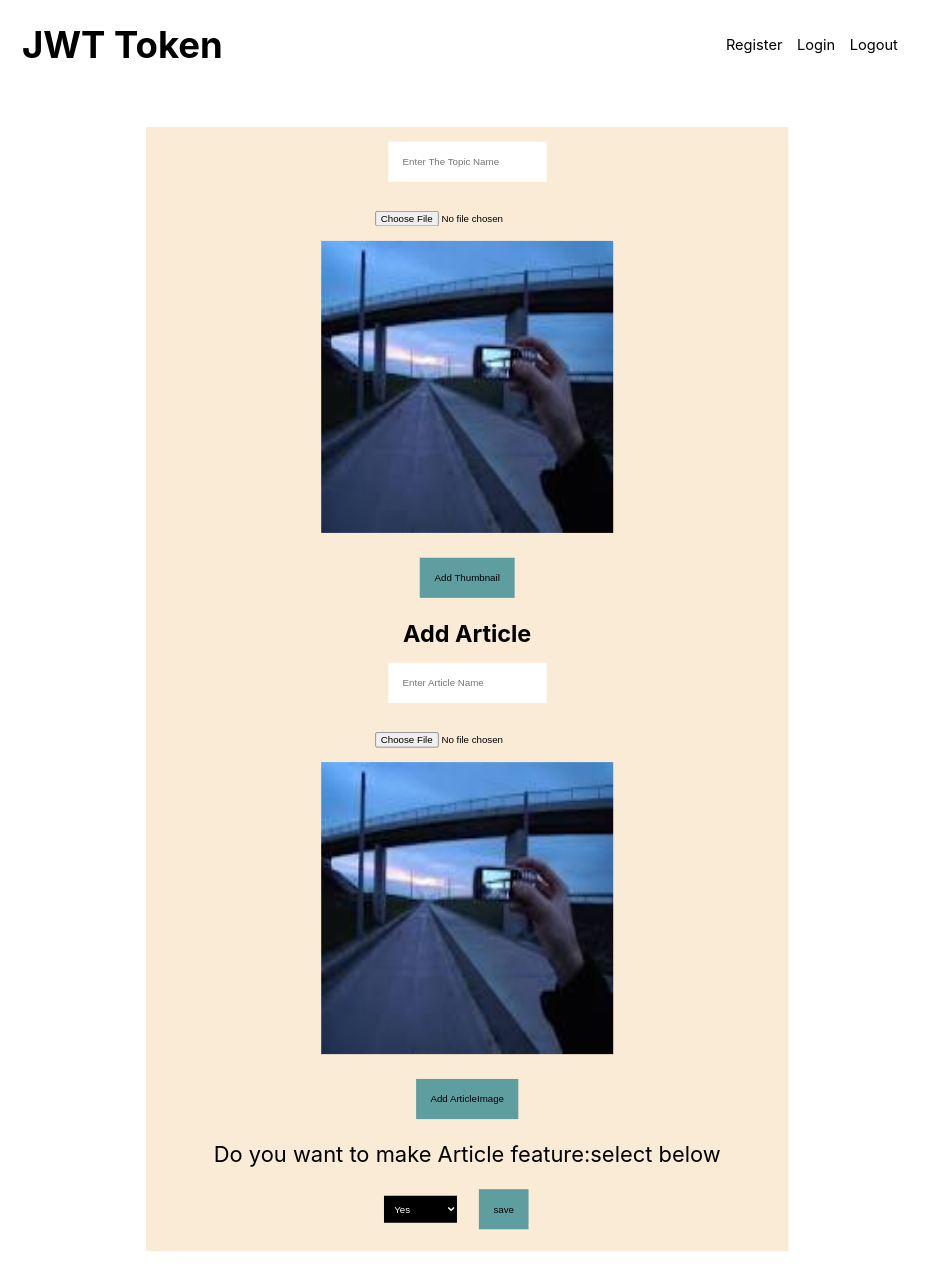
Repository: Prafullkuma/jwttoken
Page: /admin
An editor plug-in stored every save of this project. The page is shown before and after the next save, followed by the edit.
The browser window is 1280 px wide. The pictures show the whole page, at 73% of full size.
The project was rebuilt for these pictures with package versions that can differ from the ones it lists, and the page was loaded fresh each time. Also part of the build but not shown: src/App.css, src/component/Auth/Signup.js, src/component/Auth/Signin.js, src/component/User/User.js, src/component/Home/Home.js, src/component/Auth/Logout.js.

Above is the page before, as saved 2020-08-22 22:15:24.

### src/App.js
import React from 'react';
import { BrowserRouter, Route } from 'react-router-dom'
import './App.css';
import Navbar from './component/Navbar'
import Signup from './component/Auth/Signup';
import Signin from './component/Auth/Signin';
import User from './component/User/User';
import Dashboard from './component/Admin/Dashboard';
import Home from './component/Home/Home';
import Logout from './component/Auth/Logout'
function App() {
  return (
    <div className="App">
      <BrowserRouter>
        <Navbar />
        <Route path="/signup" component={Signup} />
        <Route path="/signin" component={Signin} />
        <Route path="logout" component={Logout} />
        <Route path="/user" component={User} />
        <Route path="/admin" component={Dashboard} />
        <Route exact path="/" component={Home} />
      </BrowserRouter>
    </div>
  );
}

export default App;

### src/component/Navbar.js
import React from 'react'
import { Link } from 'react-router-dom'
import './Navbar.css'
function Navbar() {
    return (
        <div>
            <section className="Nav">
                <h1> <Link to="/">JWT Token</Link></h1>
                <nav className="navbar-items">
                    <ul>
                        <li><Link to="/signup">Register</Link></li>
                        <li><Link to="/signin">Login</Link></li>
                        <li><Link to="/">Logout</Link></li>
                    </ul>

                </nav>
            </section>
        </div>
    )
}

export default Navbar

### src/component/Admin/Dashboard.js
import React, { useState } from 'react'
import './Dashboard.css'
function Dashboard() {
    const [topic, setTopic] = useState('')
    const [thumbnail, setThumbnail] = useState()
    const [title, setTitle] = useState('')
    const [articleImage, setArticleImage] = useState('')
    const [feature, setFeature] = useState('')
    const [flag, setFlag] = useState(false)
    const addThumbnail = (e) => {
        console.log(e.target.file)
    }
    const addArticleImage = () => {

    }
    const saveAllData = () => {

    }
    return (
        <div className="Dashboard">
            <div className="Topic_name">
                <input type="text"
                    value={topic}
                    onChange={e => setTopic(e.target.value)}
                    placeholder="Enter The Topic Name" />
                <br />
                <input type="file"
                    value={thumbnail}
                    onChange={e => setThumbnail(e.target.value)} /><br />
                <img src="data:[embedded picture, 4947 characters]" alt="Thumbnail profile" /><br />
                <button onClick={addThumbnail}> Add Thumbnail</button>

            </div>
            <div className="ArticleName">
                <h1> Add Article</h1>
                <input type="text"
                    value={title}
                    placeholder="Enter Article Name"
                    onChange={e => setTitle(e.target.value)} />
                <br />
                <input type="file"
                    value={articleImage}
                    onChange={e => setArticleImage(e.target.value)} /><br />
                <img src="data:[embedded picture, 4947 characters]" alt="Articleprofile" /><br />
                <button onClick={addArticleImage}> Add ArticleImage</button><br />
                <span>Do you want to make Article feature:select below</span><br />
                <select value={feature} onChange={e => setFeature(e.target.value)}>
                    <option selected value={true}>Yes</option>
                    <option value={false}>No</option>
                </select>

                <button type="submit" onClick={saveAllData}> save</button>
            </div>

        </div>
    )
}

export default Dashboard

### src/component/Navbar.css
.Nav{
display: flex;
align-items: center;
justify-content: space-between;
padding: 30px;
}
ul,li{
    list-style: none;
    float: left;
    margin: 10px;
    font-size: 20px;
}
.Nav h1{
    font-size: 50px;
}
.Nav a{
    text-decoration: none;
    color:black
}
.navbar-items{
    display: flex;
}

### src/component/Admin/Dashboard.css
.Dashboard{
    margin-top: 50px;
    display: flex;
    flex-direction: column;
    margin: 50px 200px;
    background-color: antiquewhite;
    text-align: center;
}
.Dashboard input{
    border: none;
    padding: 20px;
    margin-top: 20px;
}
.Dashboard button{
    padding: 20px;
    margin: 30px;
    border: none;
    background-color: cadetblue;
    cursor: pointer;
}
.Dashboard span{
    font-size: 30px;
}
.Dashboard img{
    height: 400px;
    width: 400px;
}
.Dashboard select{
    padding: 10px;
    border: none;
    background-color: black;
    color:white;
    width:100px;
}

Loaded but not shown: src/index.js (common file); src/index.css (common file)

After the next save:
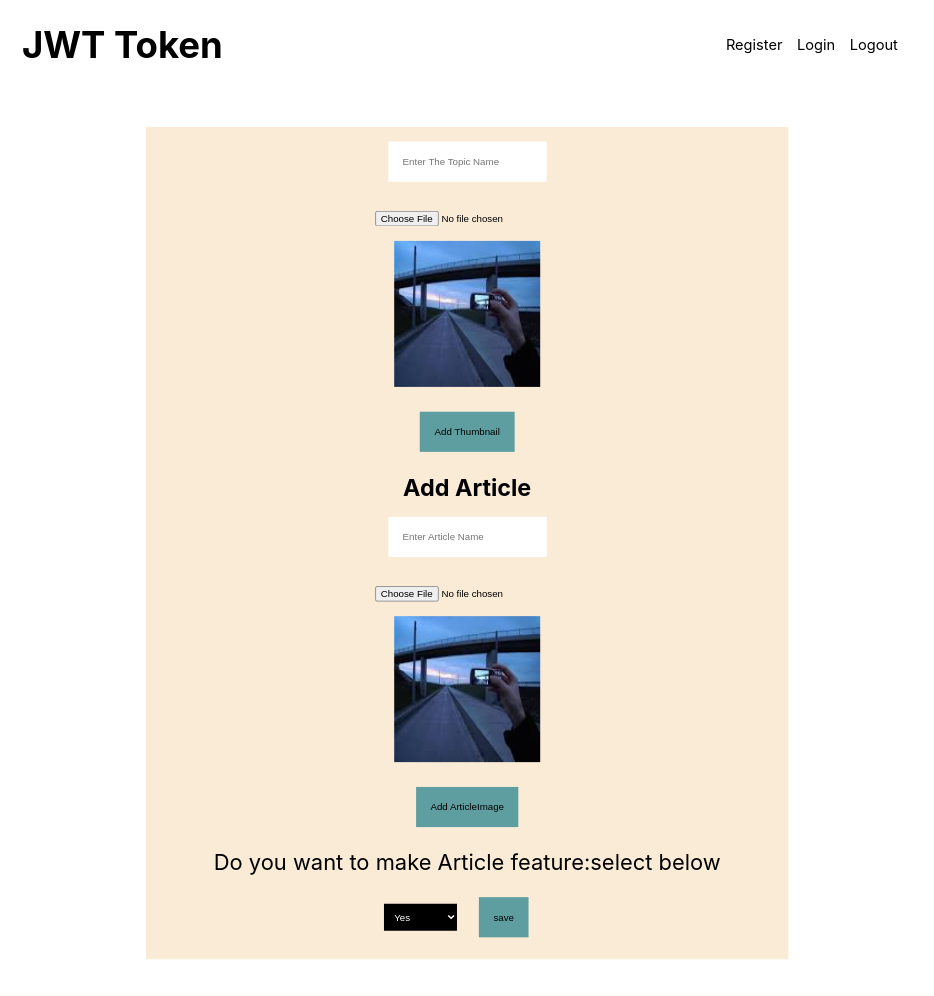
Saved 9 s later.
--- a/src/component/Admin/Dashboard.css
+++ b/src/component/Admin/Dashboard.css
@@ -22,8 +22,8 @@
     font-size: 30px;
 }
 .Dashboard img{
-    height: 400px;
-    width: 400px;
+    height: 200px;
+    width: 200px;
 }
 .Dashboard select{
     padding: 10px;
